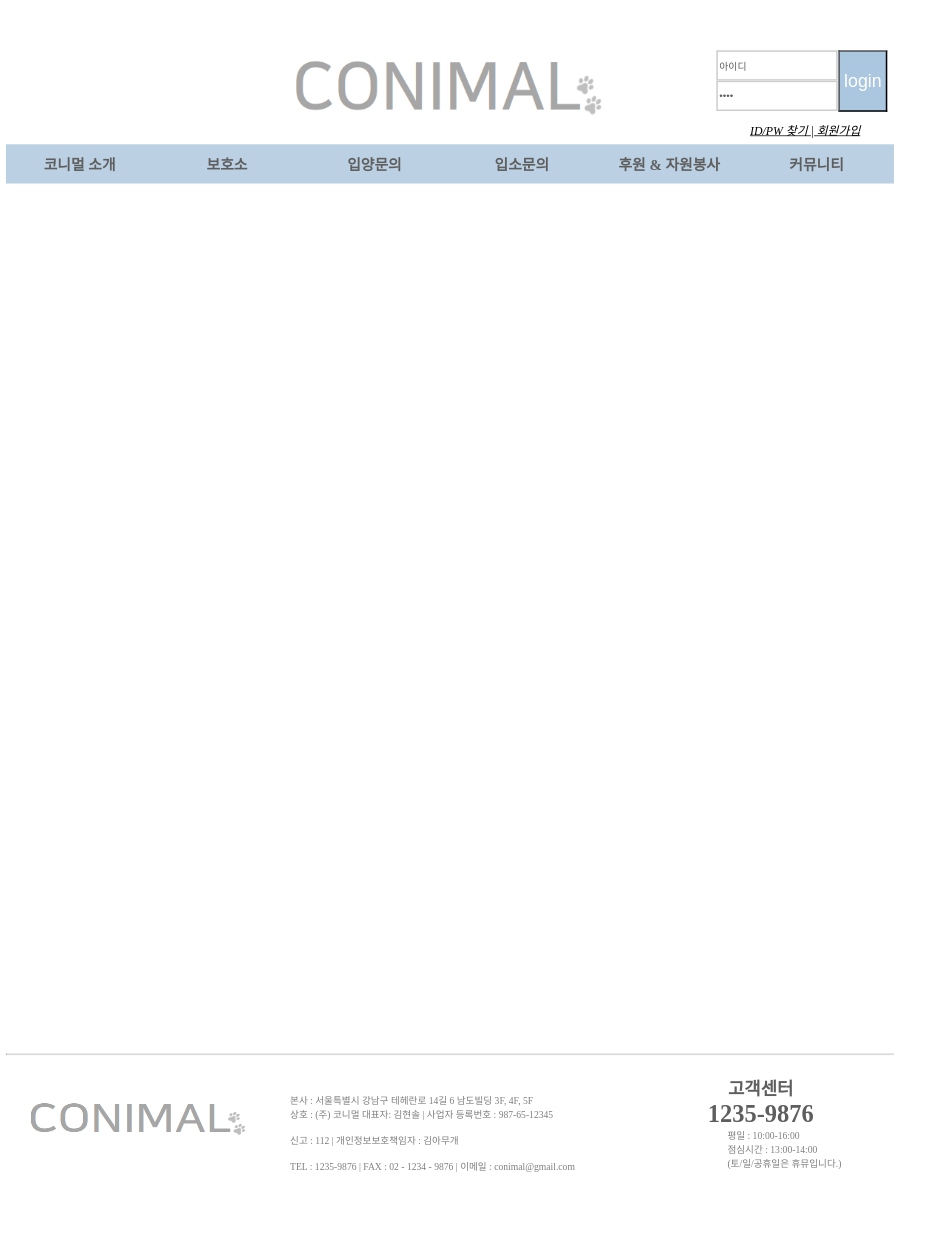
Repository: rlagusthf12/SemiProject
Page: http://localhost/jspProject/
The author's editor kept a copy of each file at every save. The page is drawn from the files as they stood at one save, then again after the next save.
The browser window is 1280 px wide. The pictures show the whole page, at 74% of full size.
The page is served by Tomcat 9. Other server files are loaded and not shown.

Above is the page before, as saved 2021-05-10 12:33:46.

### semiproject/jspProject/WebContent/index.jsp
<%@ page language="java" contentType="text/html; charset=UTF-8"
    pageEncoding="UTF-8"%>
<!DOCTYPE html>
<html>
<head>
<meta charset="UTF-8">
<title>Insert title here</title>
</head>
<body>

	<!--

		* 회원서비스		| C (Insert) | R (Select) | U (Update) | D (Delete)
		==============================================================================
			로그인		|			 |		O	  |			   |
		   	회원가입		|	  O		 |			  |			   |
		 [아이디중복확인]	|			 |		O	  | 		   |
		   	마이페이지		|			 |		O	  |			   |
		   	정보변경		|			 |			  |		O	   |
			회원탈퇴		|			 |			  |		O	   |	 O


		* 공지사항서비스 - 공지사항리스트조회(R)/공지사항상세조회(R)/공지사항작성(C)/공지사항수정(U)/공지사항삭제(U|D)

		* 일반게시판서비스 - 게시판리스트조회(R)-페이징처리/게시판상세조회(R)/게시판작성(C)-첨부파일1개업로드/
						 게시판수정(U)/게시판삭제(U|D)/[댓글리스트조회(R)/댓글작성(C)]

		* 사진게시판서비스 - 게시판리스트조회(R)-썸네일/게시판상세조회(R)/게시판작성(C)-다중첨부파일업로드


	-->

	<%@ include file="views/common/mainPage.jsp" %>






</body>
</html>

### semiproject/jspProject/WebContent/views/common/mainPage.jsp
<%@ page language="java" contentType="text/html; charset=UTF-8"
    pageEncoding="UTF-8"%>
<!DOCTYPE html>
<html>
<head>

<title>Insert title here</title>

<meta charset="UTF-8">

<style>

    .main{
        width: 1200px;
        height: 1600px;
    }
    .head{height: 15%; }
    .body{height: 73%;}
    .foot{height: 12%;}

    .logo,.login {
        float:left;
        height: 60%;
    }


    .logo{width: 60%;
        padding-top: 60px;
        padding-left: 240px;
    }

    .login{width: 20%;
         height: 60%;
         padding-top: 60px;
    }

    .on{ height: 78%;}

    #loginform>*{

        float:left;
    }
    .id_pwd{width: 65%; height: 70px; } .loginbtn{width: 35%;}

    .pwd,.id{
        color: rgb(94, 94, 94);
        border-style: solid;
        border-color: rgb(204, 204, 204);
        width:100%;
        height:50%;
    }
    .loginbtn>input{
        font-size: 24px;
        color: rgb(255, 255, 255);
        line-height: 3.2em;
        background-color: rgb(171, 198, 223);
        text-align: center;
    }

    .find{
      text-decoration-line: underline;
       font-style: italic;
       font-size: 16px;
       line-height: 3.2em;
    }

    .navi{
            height:22%;
            background-color: rgb(187, 208, 227);
            text-align: center;


     }
     .menu{
         float: left;
         line-height: 2.8em;
        font-size: 20px;
        color: rgb(94, 94, 94);
        font-family: HanSans;
        width: 16.6%;
        font-weight: bold;

     }

     .call{
         width:30%;
         height: 100%;
         float:left;
     }

     .minLogo{
         width:30%;
         padding-top: 30px;
         height: 100%;
         float:left;
     }
     .ex{
        width:40%;
        float:left;
        height:100%;
        padding-top: 25px;
    }
     .ect{

        font-size: 13px;
        color: rgb(127, 127, 127);
        text-align: left;
        width:90%;

     }
     .ect2{
        font-weight: bold; font-size: 24px; text-align: center; color: rgb(94, 94, 94);
     }
     .ect3{
        font-weight: bold; font-size: 33px; text-align: center; color: rgb(94, 94, 94);
     }
     #al{
        width: 250px;
        padding-left: 135px;
     }

</style>
</head>

<body>

    <div align="center" class="main">
        <div class="head">
            <div class="on">
            <div class="logo">
                <image src="..\..\resources\images\mainLogo.png">
            </div>
            <div class="login">
            <form action="" id="loginform">
                <div class="id_pwd">
                <input type="text" class="id" value="아이디">
                <input type="password" class="pwd" value="비밀번호" >
                </div>
                <div class="loginbtn">
                <input type="submit" value="login">
                </div>
            </form>
                    <span class="find">ID/PW 찾기 | 회원가입</span>
            </div>
            </div>

            <div class="navi">
                <div class="menu">
                    코니멀 소개
                </div>
                <div class="menu">
                    보호소
                </div>
                <div class="menu">
                    입양문의
                </div>
                <div class="menu">
                    입소문의
                </div>
                <div class="menu">
                    후원 &amp; 자원봉사
                </div>
                <div class="menu">
                    커뮤니티
                </div>
            </div>

        </div>

        <div class="body">
        </div>
        <div class="foot">
            <hr>
            <br>
            <div class="minLogo">
                <div align="center">
                <image src="..\..\resources\images\mainLogo.png" width="300" height="60"></image>
                </div>
            </div>
            <div class="ex">
            <div class="ect">
                본사 : 서울특별시 강남구 테헤란로 14길 6 남도빌딩 3F, 4F, 5F<br>

                상호 : (주) 코니멀 대표자: 김현솔 | 사업자 등록번호 : 987-65-12345 <br><br>

                신고 : 112 | 개인정보보호책임자 : 김아무개<br><br>

                TEL : 1235-9876 | FAX : 02 - 1234 - 9876 | 이메일  :  conimal@gmail.com
            </div>
            </div>


            <div class="call">
                <div class="ect2" >
                    고객센터
                    <div class="ect3">
                    1235-9876

                    </div>
                </div>
                <div class="ect" id="al">
                    평일 : 10:00-16:00<br>
                    점심시간 : 13:00-14:00<br>
                    (토/일/공휴일은 휴뮤입니다.)
                </div>

            </div>
        </div>

     </div>








</body>
</html>

After the next save:
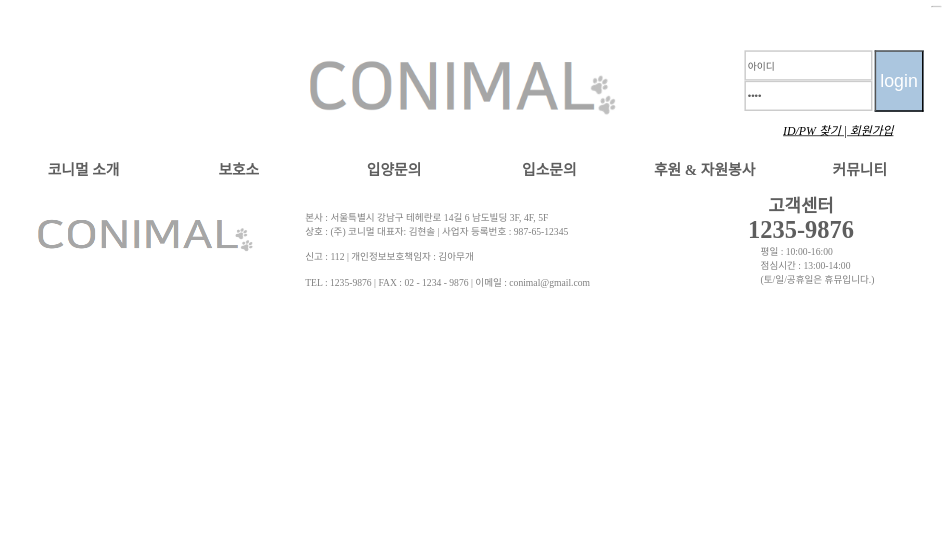
Saved 18 min 12 s later.
--- a/semiproject/jspProject/WebContent/views/common/mainPage.jsp
+++ b/semiproject/jspProject/WebContent/views/common/mainPage.jsp
@@ -10,10 +10,7 @@
 
 <style>
 
-    .main{
-        width: 1200px;
-        height: 1600px;
-    }
+
     .head{height: 15%; }
     .body{height: 73%;}
     .foot{height: 12%;}
